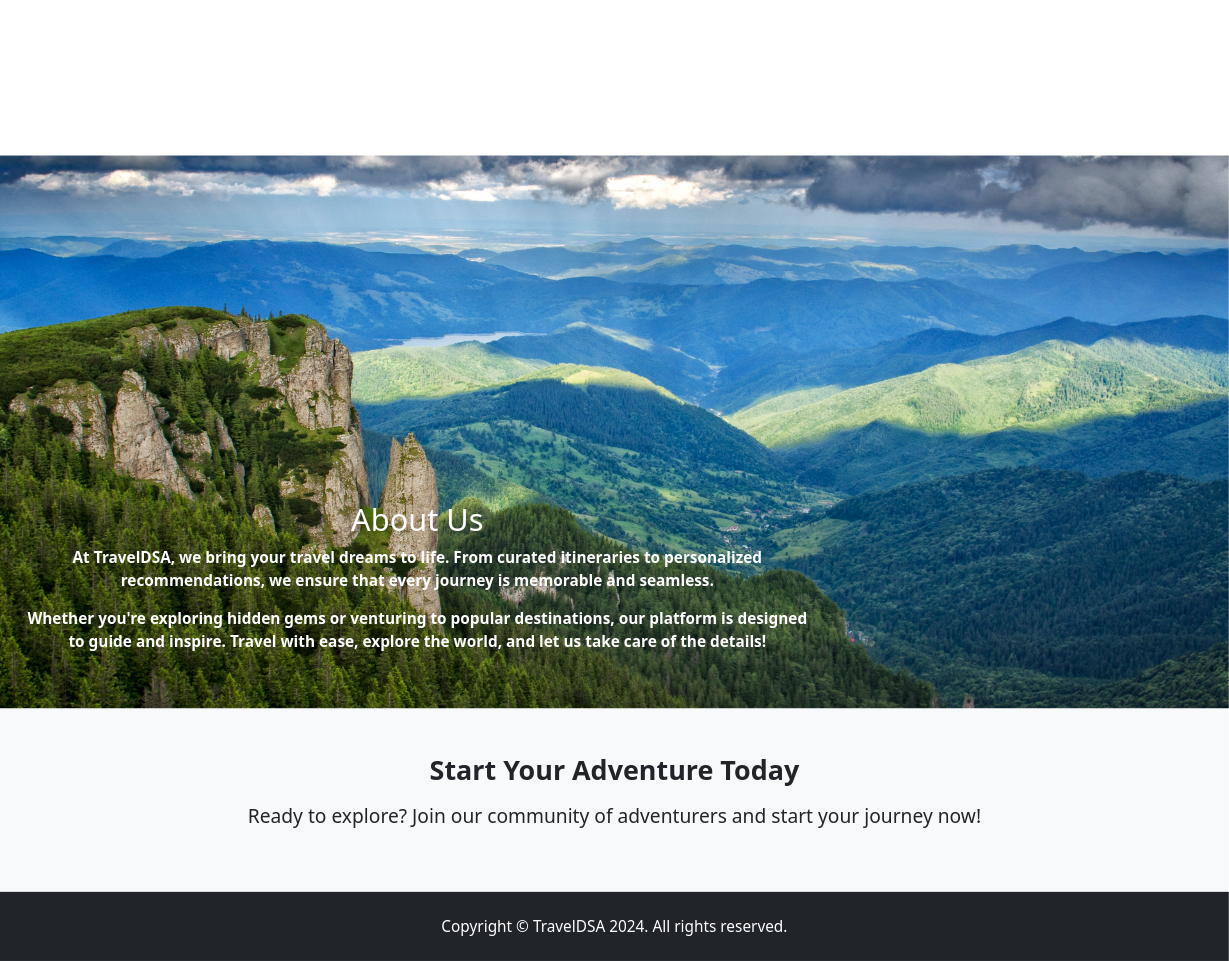
Repository: bettowww/TravelDSA
Page: /home
These files come from the project's save history. The page is drawn as it stood at one moment and after the next save; the edit follows.
The browser window is 1280 px wide. The pictures show the whole page, at 96% of full size.
The project was rebuilt for these pictures with package versions that can differ from the ones it lists, and the page was loaded fresh each time. The framework's server and built-in components were replaced by stand-ins that run in the browser. Also part of the build but not shown: next.config.mjs.

Above is the page before, as saved 2024-12-10 14:00:38.

After the next save:
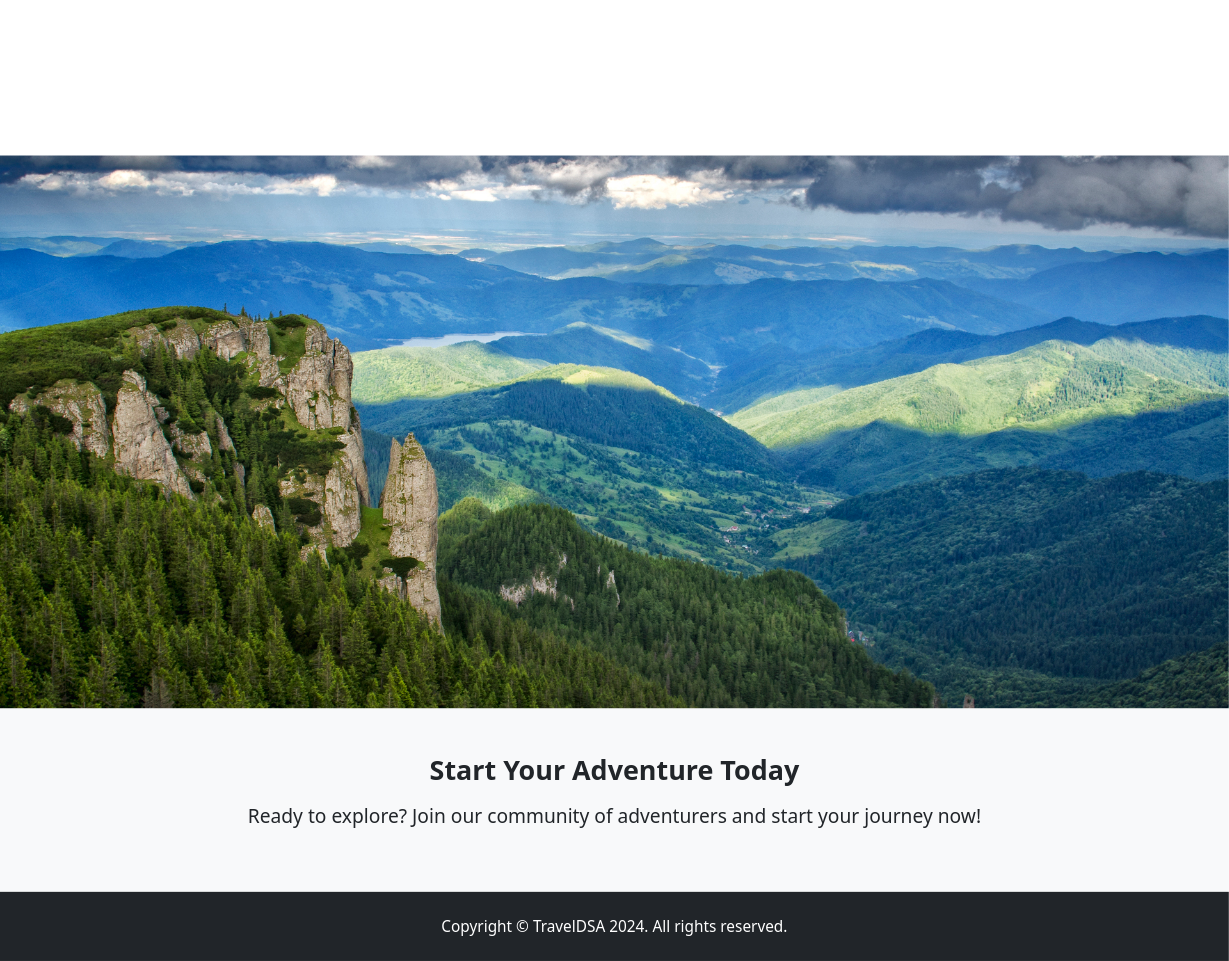
Saved 40 s later.
--- a/app/home/page.jsx
+++ b/app/home/page.jsx
@@ -35,24 +35,6 @@ const HomePage = () => {
           minHeight: "80vh", // Ensure the section spans at least the full height of the viewport
         }}
       >
-        <div className="container my-5">
-          <div className="position-absolute bottom-0 end-0 p-4">
-            <div className="col-lg-8 text-center">
-              <h2 className="">About Us</h2>
-              <p className="fw-bold">
-                At TravelDSA, we bring your travel dreams to life. From curated
-                itineraries to personalized recommendations, we ensure that
-                every journey is memorable and seamless.
-              </p>
-              <p className="fw-bold">
-                Whether you're exploring hidden gems or venturing to popular
-                destinations, our platform is designed to guide and inspire.
-                Travel with ease, explore the world, and let us take care of the
-                details!
-              </p>
-            </div>
-          </div>
-        </div>
       </section>
 
 
